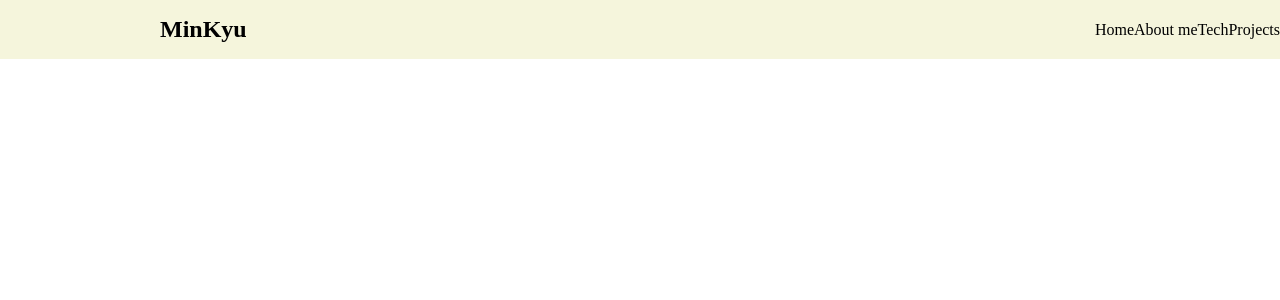
Repository: alsrb0504/portfolio-blog
Page: /
The author's editor kept a copy of each file at every save. The page is drawn from the files as they stood at one save, then again after the next save.
The browser window is 1280 px wide. The pictures show the whole page.
The project was rebuilt for these pictures with package versions that can differ from the ones it lists, and the page was loaded fresh each time. Also part of the build but not shown: src/app.module.css.

Above is the page before, as saved 2021-07-12 15:45:54.

After the next save:
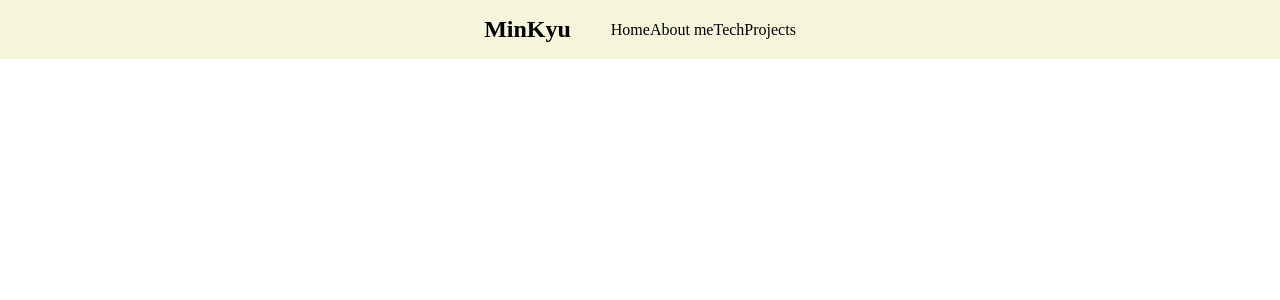
Saved 16 s later.
--- a/src/components/header/header.module.css
+++ b/src/components/header/header.module.css
@@ -3,13 +3,12 @@
   width: 100%;
   padding: 1rem 0;
   display: flex;
-  justify-content: space-between;
+  justify-content: center;
   align-items: center;
 }
 
 .title {
   /* margin: 0; */
-  padding-left: 10rem;
 }
 
 .menus {
